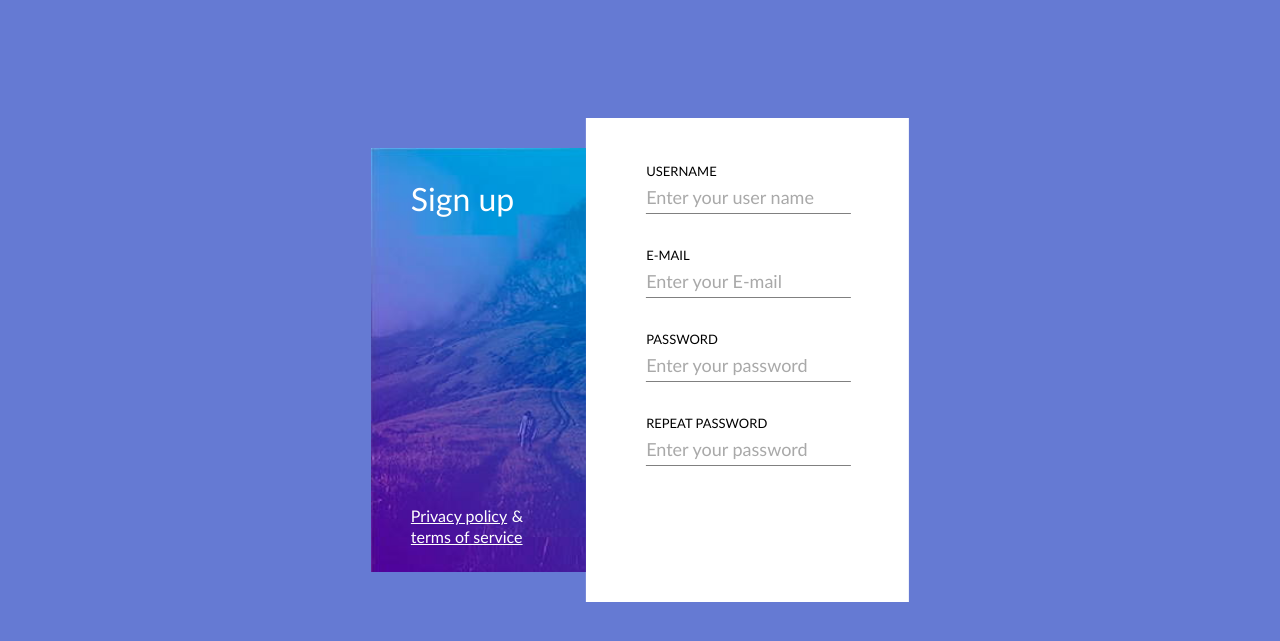
Repository: motiejus1/11-paskaita-adobexd-registracija
Page: index.html
These files come from the project's save history. The page is drawn as it stood at one moment and after the next save; the edit follows.
The browser window is 1280 px wide. The pictures show the whole page.

Above is the page before, as saved 2021-06-17 20:17:05.

### index.html
<!DOCTYPE html>
<html lang="en">
<head>
    <meta charset="UTF-8">
    <meta http-equiv="X-UA-Compatible" content="IE=edge">
    <meta name="viewport" content="width=device-width, initial-scale=1.0">
    <title>Registracija</title>
    <style>
        html {
            font-size: 18px;
        }

        body {
            max-width: 1920px;
            background-color: #657AD3;
            font: normal normal normal 1rem/1.1667rem Gill Sans MT;
        }

        .container {
            width: 42.05%;
            position: absolute;
            top: 50%;
            left: 50%;
            transform: translate(-50%, -50%);
        }

        .left-column, .right-column {
            float:left;
            height: 26.8889rem;
        }

        .left-column {
            background-color: transparent;
            width: 40%;

        }

        .right-column {
            width: 60%;
            background-color: #fff;
        }

        .left-column-container {
            margin-top: 1.6667rem;
            height: 23.5556rem;
            background-color: #fff;
            background: transparent url('img/mountain.png') 0% 0% no-repeat padding-box;
            background-size: cover;
            padding-left: 2.2222rem;
            position: relative;

        }

        h1 {
            font: normal normal normal 1.7778rem/2.0556rem Gill Sans MT;
            color: #FFFFFF;
            margin: 0;
            padding-top: 32px;
        }


        .links {
            position: absolute;
            bottom: 1.3889rem;
        }

        .links a, .links p {
            display: inline-block;
            color: #FFFFFF;
            font: normal normal normal 0.8889rem/1.0556rem Gill Sans MT;
        }

        .links a:hover {
            color:#808080;
        }

        .links p {
            margin: 0;
        }

        .right-column-container {
            padding-left: 3.3333rem;
            padding-top: 2.5556rem;
            padding-right: 3.3333rem;
        }

        input {
            display: block;
            width: 100%;
            border: 0;
            border-bottom: 1px solid #808080;
            padding-bottom: 0.3333rem;
            padding-left: 0;
        }
        /* klase input */

        .input {
            margin-bottom: 1.8889rem;
        }

        label {
            display: block;
            font: normal normal normal 0.7222rem/0.8333rem Gill Sans MT;
            text-transform: uppercase;
            color: #000000;
            padding-bottom: 0.6667rem;
        }

        ::-webkit-input-placeholder {
            font: normal normal normal 1rem/1.1667rem Gill Sans MT;
            color: #A9A9A9;

        }

    </style>

</head>
<body>

    <div class="container">

        <div class="left-column">
            <div class="left-column-container">
                <h1>Sign up</h1>

                <div class="links">
                    <a href="#">Privacy policy</a>
                    <p>&</p>
                    <a href="#">terms of service</a>
                </div>
            </div>
        </div>
        <div class="right-column">
            <div class="right-column-container">
                <div class="input">
                    <label for="username">Username</label>
                    <input placeholder="Enter your user name" type="text" id="username" name="username" />
                </div>
                <div class="input">
                    <label for="email">E-mail</label>
                    <input placeholder="Enter your E-mail" type="text" id="email" name="email" />
                </div>
                <div class="input">
                    <label for="password">Password</label>
                    <input placeholder="Enter your password" type="password" id="password" name="password" />
                </div>
                <div class="input">
                    <label for="repeat-password">Repeat password</label>
                    <input placeholder="Enter your password" type="password" id="repeat-password" name="repeat-password" />
                </div>
            </div>
        </div>
    </div>

</body>
</html>

After the next save:
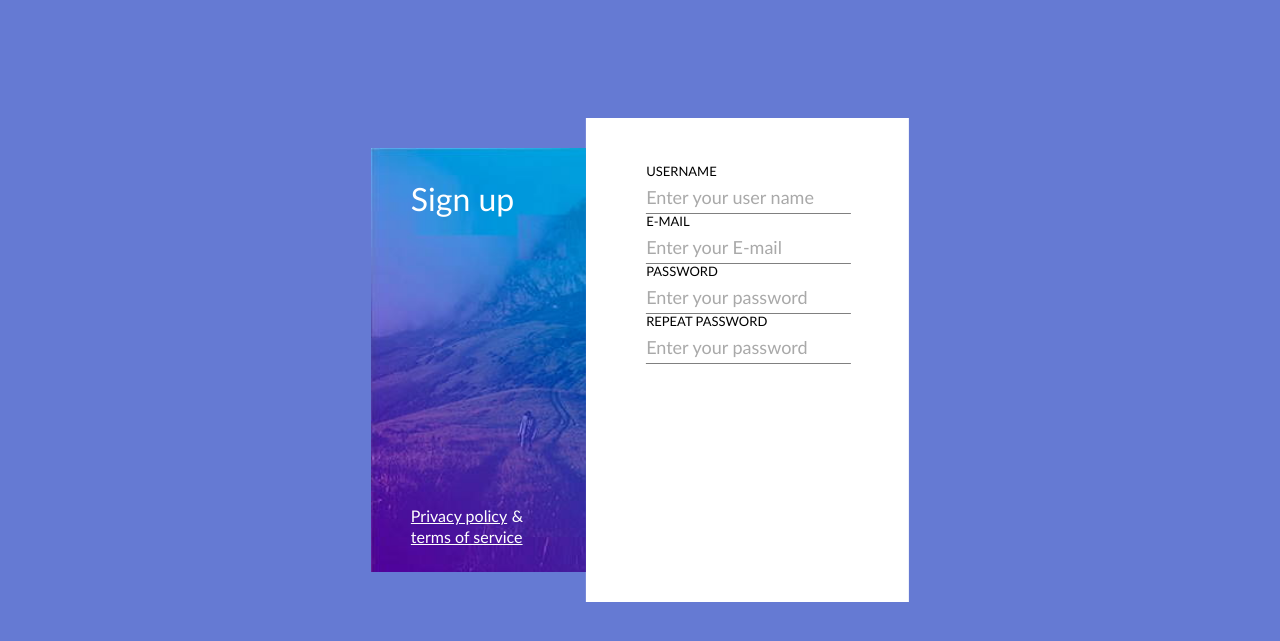
Saved 81 s later.
--- a/index.html
+++ b/index.html
@@ -92,6 +92,8 @@
             padding-bottom: 0.3333rem;
             padding-left: 0;
         }
+
+        input:
         /* klase input */
 
         .input {

After the save that followed:
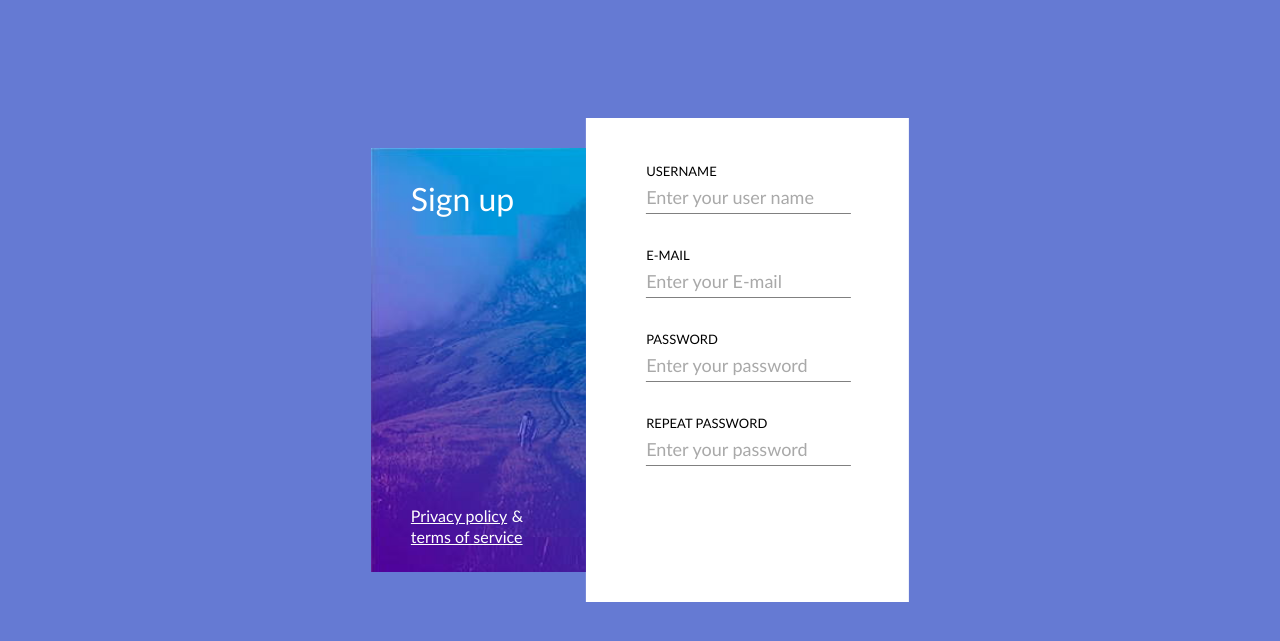
Saved 4 s later.
--- a/index.html
+++ b/index.html
@@ -93,7 +93,9 @@
             padding-left: 0;
         }
 
-        input:
+        input:focus {
+
+        }
         /* klase input */
 
         .input {
